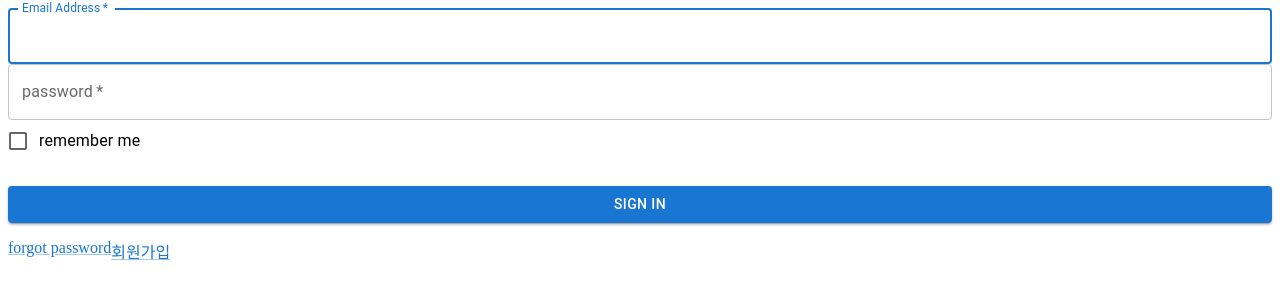
Repository: chlwpdnswku/nextjsportpolioclone
Page: /
The author's editor kept a copy of each file at every save. The page is drawn from the files as they stood at one save, then again after the next save.
The browser window is 1280 px wide. The pictures show the whole page.
The project was rebuilt for these pictures with package versions that can differ from the ones it lists, and the page was loaded fresh each time. The framework's server and built-in components were replaced by stand-ins that run in the browser. Also part of the build but not shown: next.config.js.

Above is the page before, as saved 2022-08-05 16:55:08.

### pages/index.tsx
import React, { useState } from 'react';
import type { NextPage } from 'next';
import Head from 'next/head';
import Image from 'next/image';
import styles from '../styles/Home.module.css';
import {
  Button,
  FormControl,
  FormControlLabel,
  Link,
  TextField,
  Grid,
} from '@mui/material';
import Checkbox from '@mui/material/Checkbox';

const Home: NextPage = () => {
  return (
    <>
      {/* 필수입력 required */}
      <TextField
        label='Email Address'
        required
        fullWidth
        name='email'
        autoComplete='email'
        autoFocus
      />
      <TextField
        label='password'
        type='password'
        required
        fullWidth
        name='password'
        autoComplete='current-password'
      />
      {/* 체크박스를 누를때 옆에 텍스트를 클릭했을때에도 체크박스가 체크가 된다 !*/}
      <FormControlLabel
        control={<Checkbox value='remember' color='primary'></Checkbox>}
        label='remember me'
      ></FormControlLabel>

      {/* 서버로 보내는 서브밋 타이틀을 만들어줌.  sx props 디자인을 간단히 고치고싶을때 css 효과*/}
      <Button type='submit' fullWidth variant='contained' sx={{ mt: 3, mb: 2 }}>
        SIGN IN
      </Button>
      <Grid container>
        <Grid item>
          <Link href='#'>forgot password</Link>
        </Grid>

        <Grid item>
          {' '}
          <Link href='#'>회원가입</Link>
        </Grid>
      </Grid>
    </>
  );
};

export default Home;

Loaded but not shown: pages/_app.tsx (common file); styles/globals.css (no stored copy; drawn as an empty file)

After the next save:
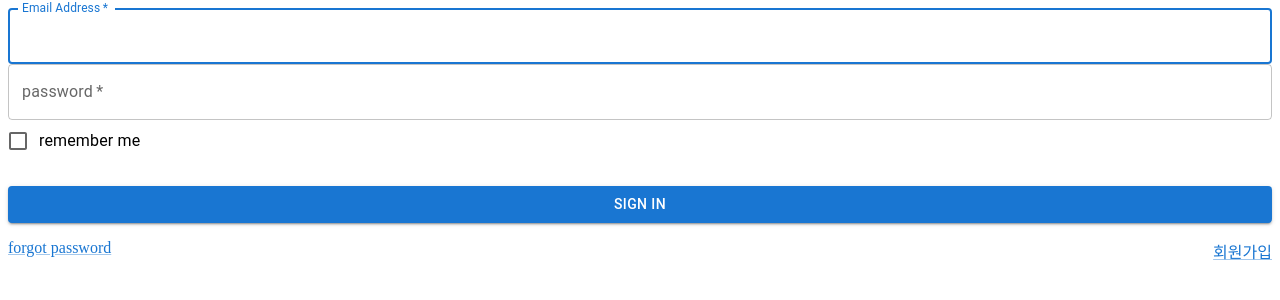
Saved 56 s later.
--- a/pages/index.tsx
+++ b/pages/index.tsx
@@ -44,7 +44,7 @@ const Home: NextPage = () => {
         SIGN IN
       </Button>
       <Grid container>
-        <Grid item>
+        <Grid item xs>
           <Link href='#'>forgot password</Link>
         </Grid>
 
